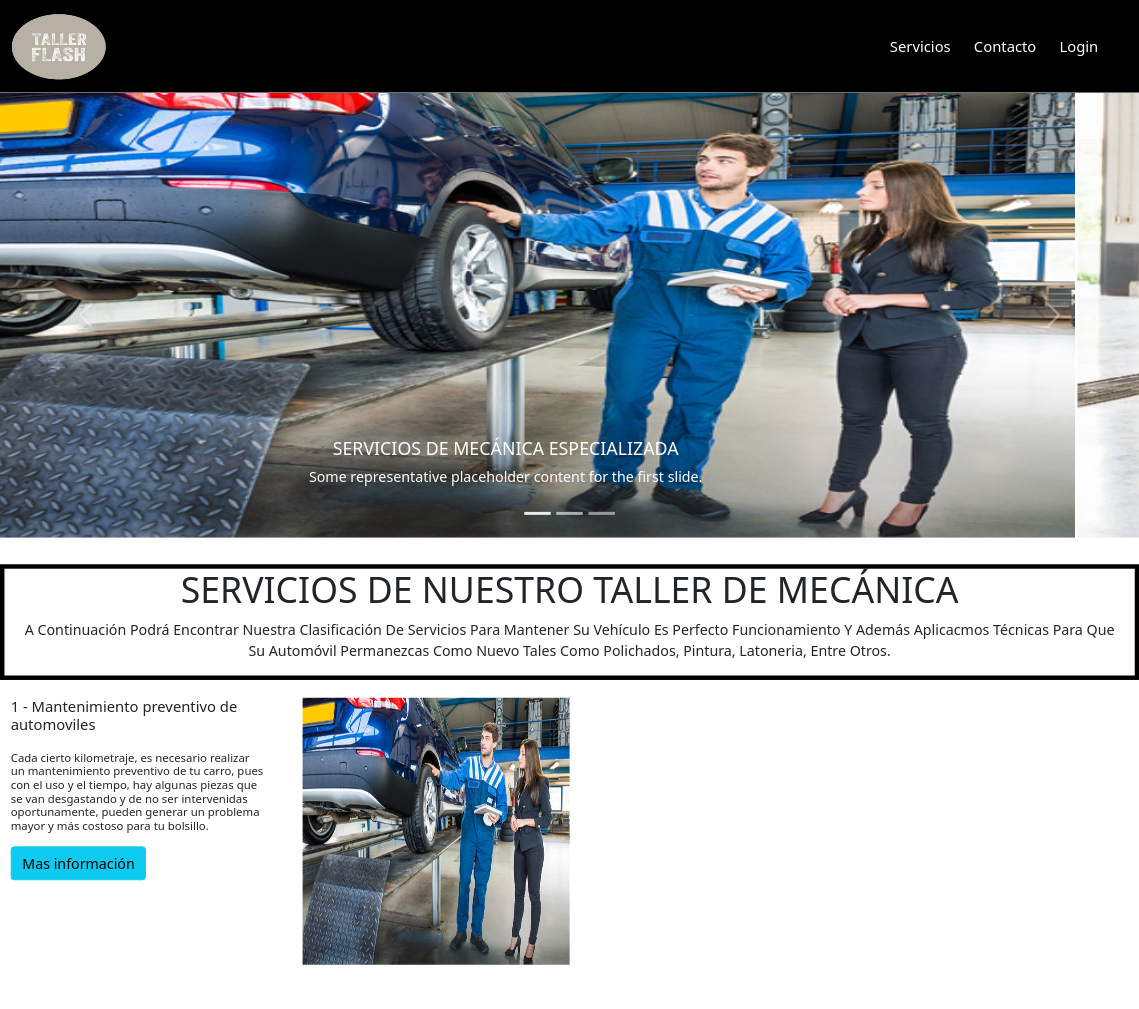
Repository: nder1996/Boostrap.Taller.Arquitectura
Page: Index.html
These files come from the project's save history. The page is drawn as it stood at one moment and after the next save; the edit follows.
The browser window is 1280 px wide. The pictures show the whole page, at 89% of full size.

Above is the page before, as saved 2021-07-23 06:42:37.

After the next save:
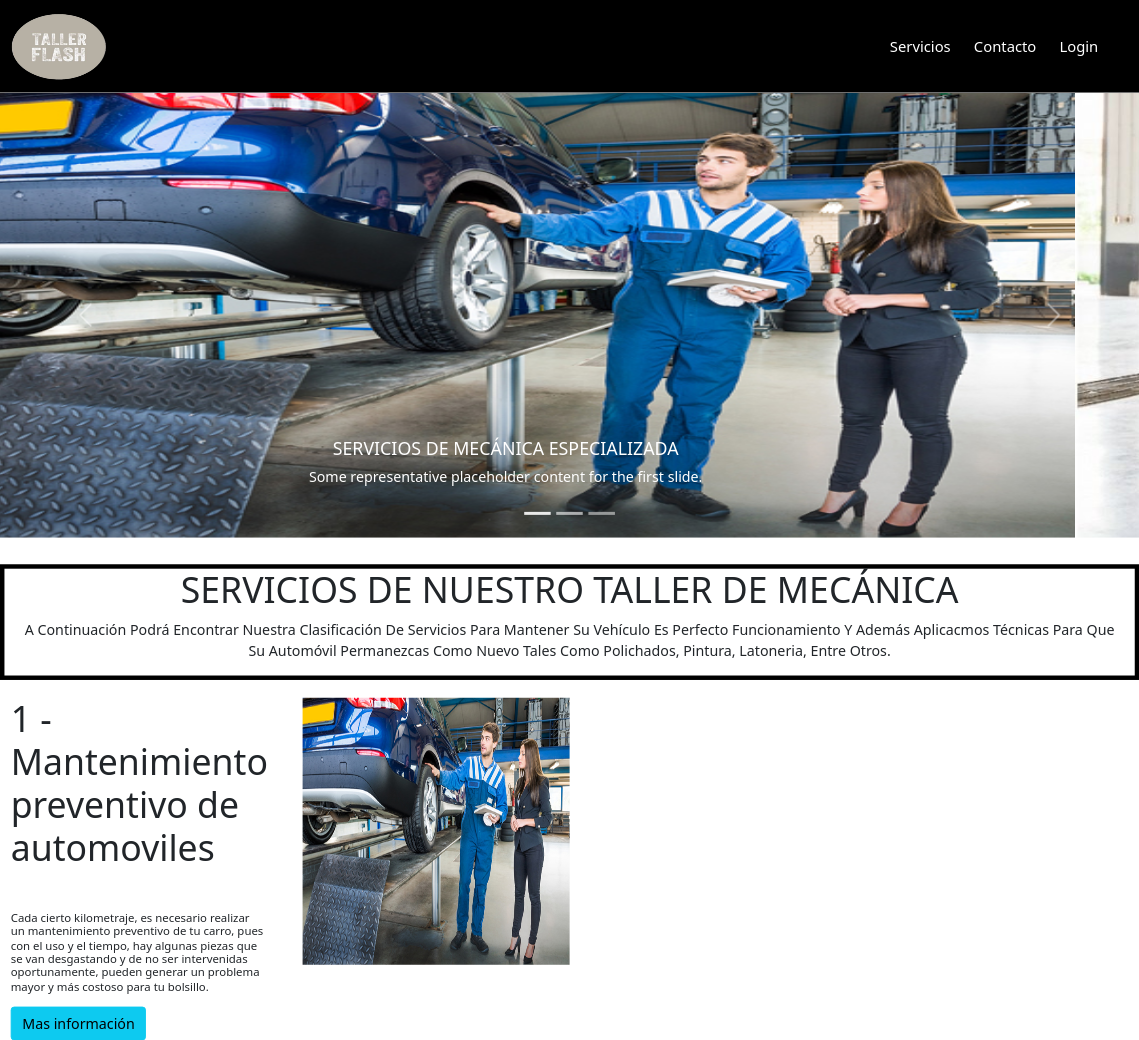
Saved 10 s later.
--- a/css/style.css
+++ b/css/style.css
@@ -46,7 +46,7 @@
     top:20px
 }
 
-
+.Servicios
 
 
 .Servicios div h1{

After the save that followed:
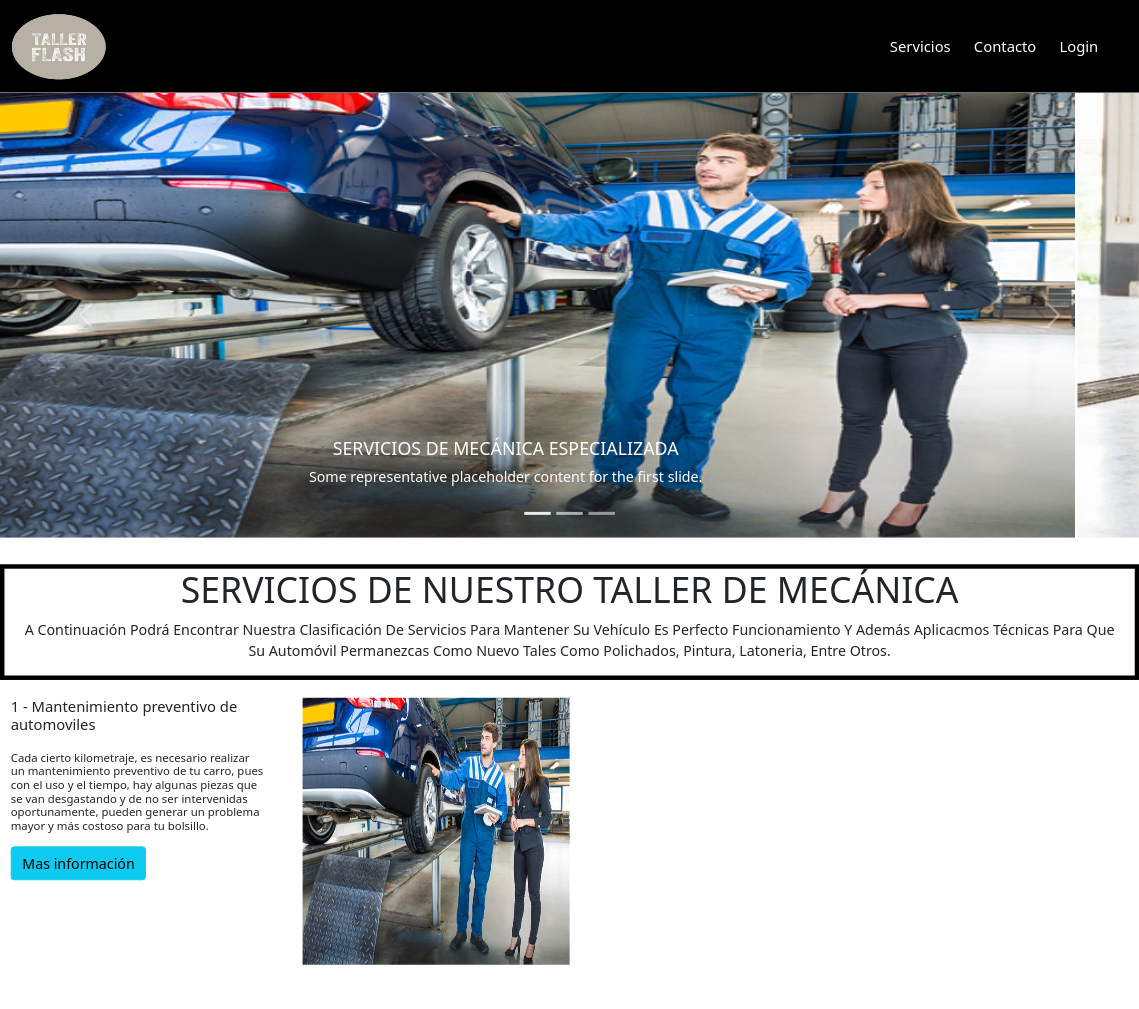
Saved 14 s later.
--- a/css/style.css
+++ b/css/style.css
@@ -46,7 +46,9 @@
     top:20px
 }
 
-.Servicios
+.Servicios .Servicio button{
+    position:rel
+}
 
 
 .Servicios div h1{
